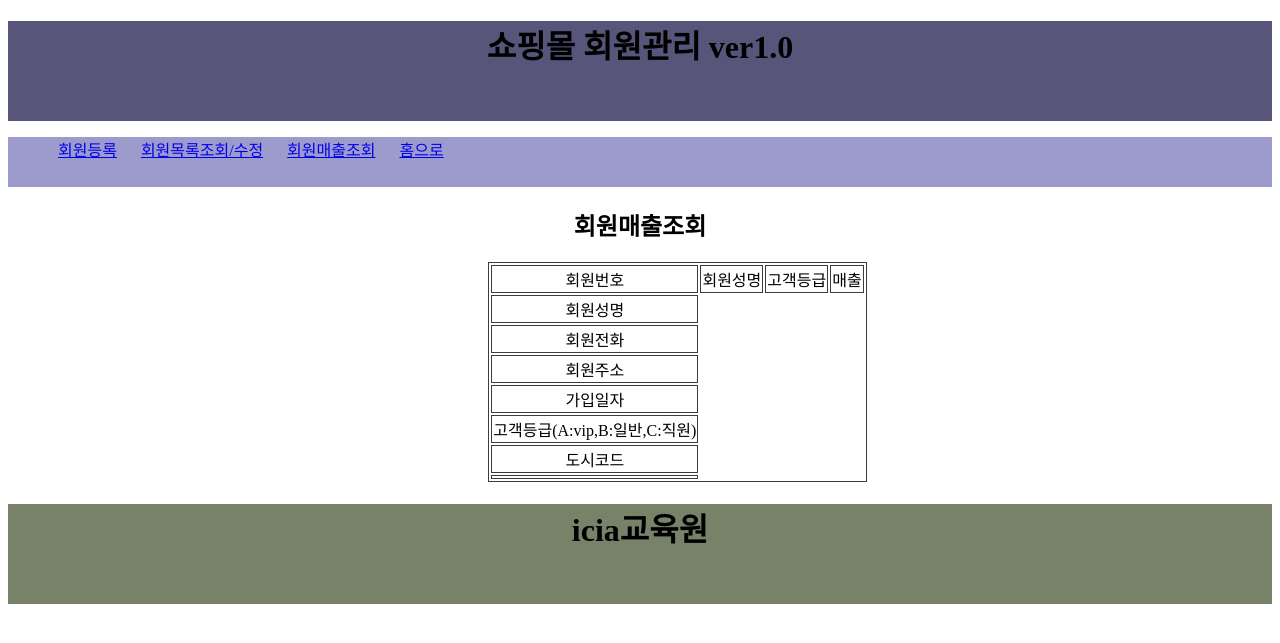
Repository: Kim-seongjun/javastudy2
Page: http://localhost/back_end_test/membersales
These files come from the project's save history. The page is drawn as it stood at one moment and after the next save; the edit follows.
The browser window is 1280 px wide. The pictures show the whole page.
The page is served by Tomcat 9. Other server files are loaded and not shown.

Above is the page before, as saved 2020-01-22 06:03:54.

### back_end_test/WebContent/membersales.jsp
<%@ page language="java" contentType="text/html; charset=UTF-8"
    pageEncoding="UTF-8"%>
<!DOCTYPE html>
<html>
<head>
<meta charset="UTF-8">
<title>Insert title here</title>
<style>
#header {
	background-color: #58557A;
	text-align: center;
	height: 100px;
}
#nav {
	background-color: #9D9BCC;
	height: 50px;
}
#footer {
	text-align: center;
	background-color: #778268;
	height: 100px;
}
table {
	border: 1px solid #373D40;
	text-align: center;
	margin-left: 38%;
}

tr td {
	border: 1px solid #373D40;
}
</style>
</head>
<body>

<header>
		<div id="header">
			<jsp:include page="header.jsp" />
		</div>
	</header>
	<nav>
		<div id="nav">
			<jsp:include page="nav.jsp" />
		</div>
	</nav>
	<section>
		<div>
			<h1 style="text-align: center;">회원매출조회</h1>
		</div>
		<div id="div_join">
			<form action="#">
				<table>
					<tr>
						<td>회원번호</td>
						<td>회원성명</td>
						<td>고객등급</td>
						<td>매출</td>
					</tr>
					<tr>
						<td>회원성명</td>
					</tr>
					<tr>
						<td>회원전화</td>
					</tr>
					<tr>
						<td>회원주소</td>
					</tr>
					<tr>
						<td>가입일자</td>
					</tr>
					<tr>
						<td>고객등급(A:vip,B:일반,C:직원)</td>
					</tr>
					<tr>
						<td>도시코드</td>
					</tr>
					<tr>
						<td ></td>
					</tr>
				</table>
			</form>
		</div>
	</section>
	<footer>
		<div id="footer">
			<jsp:include page="footer.jsp" />
		</div>
	</footer>
</body>
</html>

### back_end_test/WebContent/header.jsp
<%@ page language="java" contentType="text/html; charset=UTF-8"
	pageEncoding="UTF-8"%>
<!DOCTYPE html>
<html>
<head>
<meta charset="UTF-8">
<title>Insert title here</title>
<style>
</style>
</head>
<body>
<h1>쇼핑몰 회원관리 ver1.0</h1>
</body>
</html>

### back_end_test/WebContent/nav.jsp
<%@ page language="java" contentType="text/html; charset=UTF-8"
    pageEncoding="UTF-8"%>
<!DOCTYPE html>
<html>
<head>
<meta charset="UTF-8">
<title>Insert title here</title>

</head>
<style>
ul li {
	list-style-type: none;
	display: inline;
	margin: 0px 10px;
}
</style>
<body>
   <div id="div_nav">
      <ul id="list">
         <li><a href="Joinfrm">회원등록</a></li>
         <li><a href="memberlist">회원목록조회/수정</a></li>
         <li><a href="membersales">회원매출조회</a></li>
         <li><a href="index">홈으로</a></li>
      </ul>
   </div>
</body>
</html>

### back_end_test/WebContent/footer.jsp
<%@ page language="java" contentType="text/html; charset=UTF-8"
	pageEncoding="UTF-8"%>
<!DOCTYPE html>
<html>
<head>
<meta charset="UTF-8">
<title>Insert title here</title>
</head>
<body>
	<h1>icia교육원</h1>
</body>
</html>

### back_end_test/src/com/icia/open/Controller/Home.java
package com.icia.open.Controller;

import java.io.IOException;

import javax.servlet.RequestDispatcher;
import javax.servlet.ServletException;
import javax.servlet.annotation.WebServlet;
import javax.servlet.http.HttpServlet;
import javax.servlet.http.HttpServletRequest;
import javax.servlet.http.HttpServletResponse;

import com.icia.open.Bean.Forward;
import com.icia.open.DAO.MemberDao;
import com.icia.open.service.MemberMM;

/**
 * Servlet implementation class Home
 */

@WebServlet({ "/Joinfrm","/memberlist","/membersales","/index" })

public class Home extends HttpServlet {
	private static final long serialVersionUID = 1L;

	protected void doProcess(HttpServletRequest request, HttpServletResponse response)
			throws ServletException, IOException {
		request.setCharacterEncoding("utf-8");
		String cmd = request.getServletPath();
		System.out.println("cmd = " + cmd);
		Forward fw = new Forward();
		MemberMM mm = new MemberMM(request, response);
		MemberDao md = new MemberDao();

		switch (cmd) {
		case "/Joinfrm":
			fw = mm.Joinfrm();
			break;
		case "/index":
			fw = mm.index();
			break;
		case "/memberlist":
			fw = mm.memberlist();
			break;
		case "/membersales":
			fw = mm.membersales();
			break;
		}
		if(fw!=null) {
	         if(fw.isRedirect()) {
	            response.sendRedirect(fw.getPath());
	         }
	         else {
	            RequestDispatcher dis=request.getRequestDispatcher(fw.getPath());
	            dis.forward(request, response);
	         }
	      }
	}

	protected void doGet(HttpServletRequest request, HttpServletResponse response)
			throws ServletException, IOException {
		doProcess(request, response);
	}

	protected void doPost(HttpServletRequest request, HttpServletResponse response)
			throws ServletException, IOException {
		doProcess(request, response);
	}

}

### back_end_test/src/com/icia/open/Bean/Forward.java
package com.icia.open.Bean;

public class Forward {
	private String path;
	private boolean isRedirect;

	public String getPath() {
		return path;
	}

	public void setPath(String path) {
		this.path = path;
	}

	public boolean isRedirect() {
		return isRedirect;
	}

	public void setRedirect(boolean isRedirect) {
		this.isRedirect = isRedirect;
	}
}

### back_end_test/src/com/icia/open/service/MemberMM.java
package com.icia.open.service;

import javax.servlet.http.HttpServletRequest;
import javax.servlet.http.HttpServletResponse;

import com.google.gson.Gson;
import com.icia.open.Bean.Forward;
import com.icia.open.Bean.Member;
import com.icia.open.DAO.MemberDao;

public class MemberMM {
	HttpServletRequest request;
	HttpServletResponse response;

	public MemberMM(HttpServletRequest request, HttpServletResponse response) {
		// TODO Auto-generated constructor stub
	}

	public Forward index() {
		Forward fw = new Forward();
		fw.setPath("index.jsp");
		fw.setRedirect(false);
		return fw;

	}

	public Forward Joinfrm() {
		Forward fw = new Forward();
		MemberDao mDao = new MemberDao();
		Member mb = mDao.joinfrm();
		System.out.println("가져온다"+mb.getCustno());
		request.setAttribute("custno", mb.getCustno());
		fw.setPath("Joinfrm.jsp");
		fw.setRedirect(false);
		return fw;
	}

	public Forward memberlist() {
		Forward fw = new Forward();
		MemberDao mDao = new MemberDao();
		fw.setPath("memberlist.jsp");
		fw.setRedirect(false);
		return fw;
	}

	public Forward membersales() {
		Forward fw = new Forward();
		MemberDao mDao = new MemberDao();
		fw.setPath("membersales.jsp");
		fw.setRedirect(false);
		return fw;
	}

}

### back_end_test/src/com/icia/open/DAO/MemberDao.java
package com.icia.open.DAO;

import java.sql.Connection;
import java.sql.PreparedStatement;
import java.sql.ResultSet;
import java.sql.SQLException;

import com.icia.open.Bean.Member;

public class MemberDao {
	Connection con;
	PreparedStatement pstmt;
	ResultSet rs;

	public MemberDao() {
		con = JdbcUtil.getConnection();
	}

	public void close() {
		JdbcUtil.close(rs, pstmt, con);
	}

	public Member joinfrm() {
		String sql = "SELECT ROWNUM,CUSTNO FROM MEMBER WHERE ROWNUM=1 ORDER BY custno DESC";
		try {
			pstmt=con.prepareStatement(sql);
			rs=pstmt.executeQuery();
			Member mb = new Member();
			if(rs.next()) {
				mb.setCustno(rs.getInt("custno")+1);
				System.out.println("custno = "+rs.getInt("custno"));
			}
			return mb;

		} catch (SQLException e) {
			System.out.println("조인 예외");
			e.printStackTrace();
		}
		return null;
	}
}

### back_end_test/src/com/icia/open/DAO/JdbcUtil.java
package com.icia.open.DAO;
import java.sql.Connection;
import java.sql.DriverManager;
import java.sql.PreparedStatement;
import java.sql.ResultSet;
import java.sql.SQLException;

//디비접속, 디비종료, TX(commit, rollback....)
public class JdbcUtil {

	static { // 초기화 1번만
		try {
			Class.forName("oracle.jdbc.driver.OracleDriver");
		} catch (ClassNotFoundException cne) {
			System.out.println("드라이버 로딩 실패");
			cne.printStackTrace();
		}
	} // static End

	public static Connection getConnection() { //db접속
		Connection con=null;
		try {
			con = DriverManager.getConnection("jdbc:oracle:thin:@localhost:1521:xe", "ICIA2", "1111");
			System.out.println("DB접속 성공");
			//con.setAutoCommit(false);  //트랜잭션 처리시 수동 커밋
		} catch (SQLException e) {
			System.out.println("DB접속 실패");
			e.printStackTrace();
		}
		return con;
	}//getConnection() End

	public static void close(ResultSet rs, PreparedStatement pstmt, Connection con) {
		try {
			if (rs != null)
				rs.close();
			if (pstmt != null)
				pstmt.close();
			if (con != null)
				con.close();

		} catch (SQLException e) {
			System.out.println("close 에러");
			e.printStackTrace();
		}
		System.out.println("close Ok");
	} //close() End

	public static void commit(Connection con) {
		try {
		con.commit();
	} catch (Exception e) {
		e.printStackTrace();
	}

	}  // commit() End



	public static void rollback(Connection con) {
		try {
			con.rollback();
		} catch (Exception e) {
		}

	}//rollback() End




}//class End

After the next save:
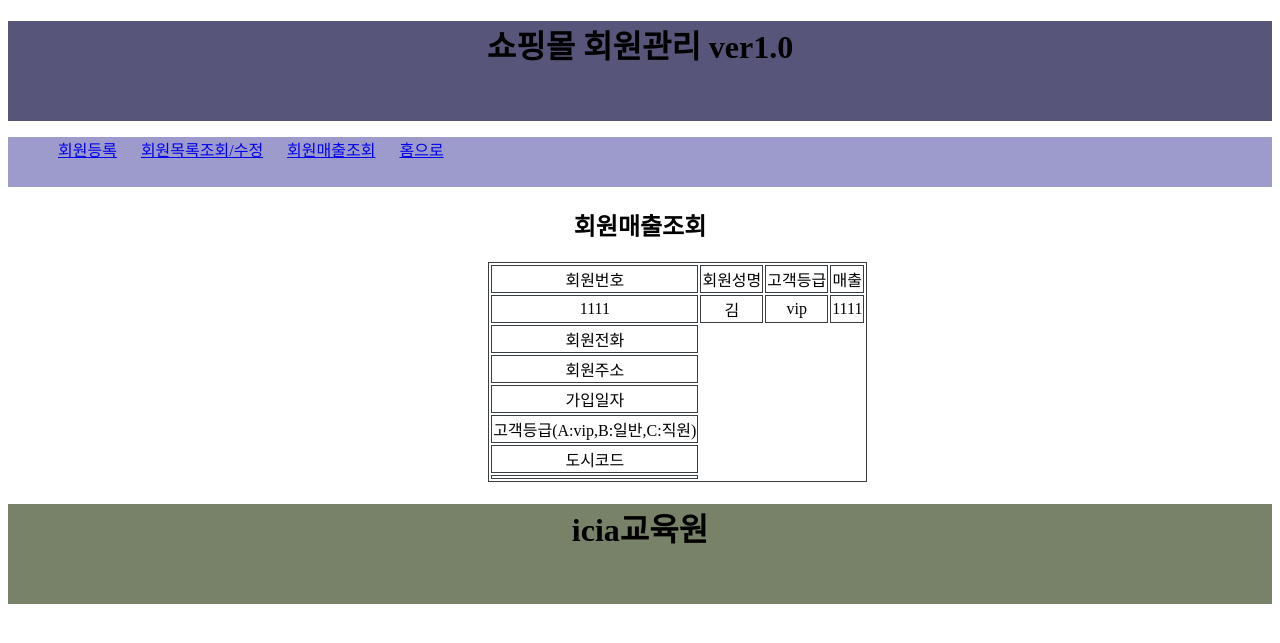
Saved 31 s later.
--- a/back_end_test/WebContent/membersales.jsp
+++ b/back_end_test/WebContent/membersales.jsp
@@ -57,7 +57,10 @@ tr td {
 						<td>매출</td>
 					</tr>
 					<tr>
-						<td>회원성명</td>
+						<td>1111</td>
+						<td>김</td>
+						<td>vip</td>
+						<td>1111</td>
 					</tr>
 					<tr>
 						<td>회원전화</td>
